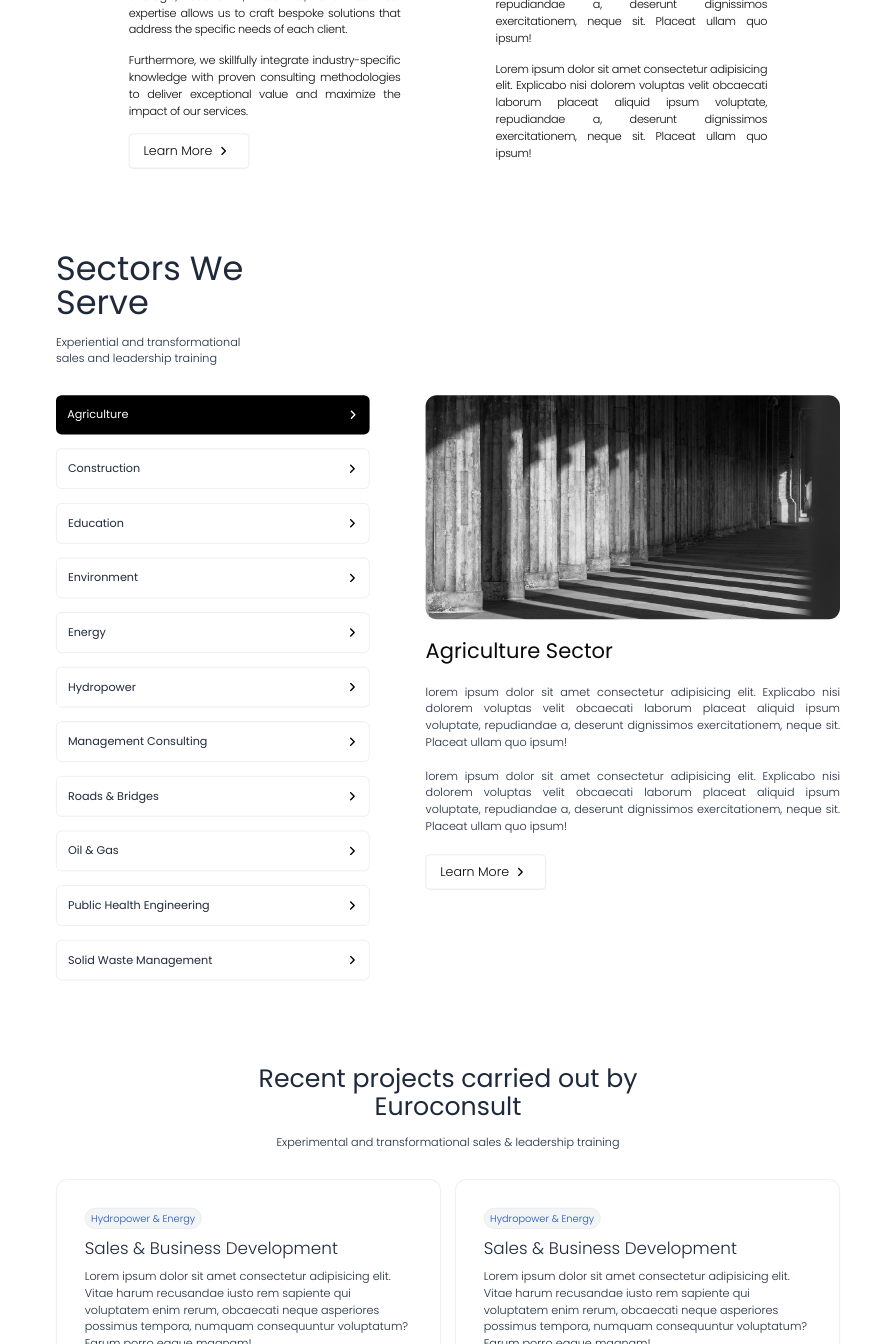
Repository: EMDC-24/ecglobalwebsite19
Page: /
These files come from the project's save history. The page is drawn as it stood at one moment and after a run of saves; the edit follows.
The browser window is 1280 px wide. The pictures show the part of the page from y = 1532 to 3452 px (the page is 4780 px tall before and 4838 px after), at 70% of full size.
The project was rebuilt for these pictures with package versions that can differ from the ones it lists, and the page was loaded fresh each time. The framework's server and built-in components were replaced by stand-ins that run in the browser. Also part of the build but not shown: next.config.mjs.

Above is the page before, as saved 2024-09-17 23:10:04.

### app/page.tsx
import Image from "next/image";
import Hero from "./Hero";
import ClientCarousel from "./ClientCarousel";
import { ServicesTabs } from "./ServicesTabs";
import SerTabs from "./SerTabs";
import AboutSection from "./AboutSection";
import RecentProjects from "./RecentProjects";
import PraiseSection from "./PraiseSection";
import Footer from "./Footer";
import Header from "./Header";


export default function Home() {
  return (
    <>
    <Header />
    <Hero />
    <ClientCarousel />
    <AboutSection />
    <SerTabs />
    <RecentProjects />
    <PraiseSection />
    <Footer />
    </>
  );
}

### app/globals.css
@tailwind base;
@tailwind components;
@tailwind utilities;

@layer base {
  :root {
    --background: 0 0% 100%;
    --foreground: 0 0% 3.9%;
    --card: 0 0% 100%;
    --card-foreground: 0 0% 3.9%;
    --popover: 0 0% 100%;
    --popover-foreground: 0 0% 3.9%;
    --primary: 0 0% 9%;
    --primary-foreground: 0 0% 98%;
    --secondary: 0 0% 96.1%;
    --secondary-foreground: 0 0% 9%;
    --muted: 0 0% 96.1%;
    --muted-foreground: 0 0% 45.1%;
    --accent: 0 0% 96.1%;
    --accent-foreground: 0 0% 9%;
    --destructive: 0 84.2% 60.2%;
    --destructive-foreground: 0 0% 98%;
    --border: 0 0% 89.8%;
    --input: 0 0% 89.8%;
    --ring: 0 0% 3.9%;
    --chart-1: 12 76% 61%;
    --chart-2: 173 58% 39%;
    --chart-3: 197 37% 24%;
    --chart-4: 43 74% 66%;
    --chart-5: 27 87% 67%;
    --radius: 0.5rem;
  }
  .dark {
    --background: 0 0% 3.9%;
    --foreground: 0 0% 98%;
    --card: 0 0% 3.9%;
    --card-foreground: 0 0% 98%;
    --popover: 0 0% 3.9%;
    --popover-foreground: 0 0% 98%;
    --primary: 0 0% 98%;
    --primary-foreground: 0 0% 9%;
    --secondary: 0 0% 14.9%;
    --secondary-foreground: 0 0% 98%;
    --muted: 0 0% 14.9%;
    --muted-foreground: 0 0% 63.9%;
    --accent: 0 0% 14.9%;
    --accent-foreground: 0 0% 98%;
    --destructive: 0 62.8% 30.6%;
    --destructive-foreground: 0 0% 98%;
    --border: 0 0% 14.9%;
    --input: 0 0% 14.9%;
    --ring: 0 0% 83.1%;
    --chart-1: 220 70% 50%;
    --chart-2: 160 60% 45%;
    --chart-3: 30 80% 55%;
    --chart-4: 280 65% 60%;
    --chart-5: 340 75% 55%;
  }
}

@font-face {
  font-family: 'Poppins';
  src: url('/fonts/Poppins-Black.ttf') format('truetype');
  font-weight: 900;
  font-style: normal;
}

@font-face {
  font-family: 'Poppins';
  src: url('/fonts/Poppins-BlackItalic.ttf') format('truetype');
  font-weight: 900;
  font-style: italic;
}

@font-face {
  font-family: 'Poppins';
  src: url('/fonts/Poppins-Bold.ttf') format('truetype');
  font-weight: 700;
  font-style: normal;
}

@font-face {
  font-family: 'Poppins';
  src: url('/fonts/Poppins-BoldItalic.ttf') format('truetype');
  font-weight: 700;
  font-style: italic;
}

@font-face {
  font-family: 'Poppins';
  src: url('/fonts/Poppins-Regular.ttf') format('truetype');
  font-weight: 400;
  font-style: normal;
}

@font-face {
  font-family: 'Poppins';
  src: url('/fonts/Poppins-Italic.ttf') format('truetype');
  font-weight: 400;
  font-style: italic;
}

@font-face {
  font-family: 'Poppins';
  src: url('/fonts/Poppins-Light.ttf') format('truetype');
  font-weight: 300;
  font-style: normal;
}

@font-face {
  font-family: 'Poppins';
  src: url('/fonts/Poppins-LightItalic.ttf') format('truetype');
  font-weight: 300;
  font-style: italic;
}

@font-face {
  font-family: 'Poppins';
  src: url('/fonts/Poppins-Medium.ttf') format('truetype');
  font-weight: 500;
  font-style: normal;
}

@font-face {
  font-family: 'Poppins';
  src: url('/fonts/Poppins-MediumItalic.ttf') format('truetype');
  font-weight: 500;
  font-style: italic;
}

@layer base {
  * {
    @apply border-border;
  }

  body {
    @apply bg-background text-foreground;
    font-family: 'Poppins', sans-serif !important;
  }
}
.no-visible-scrollbar {
  scrollbar-width: none;
  -ms-overflow-style: none;
  -webkit-overflow-scrolling: touch;
}

.no-visible-scrollbar::-webkit-scrollbar {
  display: none;
}

### app/Hero.tsx
import { Button } from '@/components/ui/button'
import React from 'react'
import { FaAngleRight } from "react-icons/fa6";

const Hero = () => {
  return (
    <div>
        <div className="bg-white px-10 flex flex-row my-10">
        <div className="md:w-1/2 flex flex-col items-start justify-normal py-10">
        <div className="bg-gray-100 border-[1px] border-gray-200 rounded-full px-2 py-1 text-sm text-gray-800">International Consultants</div>
        <h1 className="text-5xl text-gray-800 mt-3 font-light ">Empowering Excellence through Engineering & Consulting</h1>
        <p className="text-lg text-gray-700 mt-10 leading-snug tracking-tight text-justify mr-10 font-light">Euroconsult Pakistan is a global, state-of-the-art service provider organization actively engaged in water resources and energy, agriculture, infrastructure, environment, oil and gas, mass transit, light rail, motorways, highways, institutional capacity building, financial management, rural and urban development, and management. </p>
        <div className="mt-10 flex flex-row gap-3">
        <a href="#" >
        <Button className="px-5 py-6 text-lg font-light  hover:bg-blue-600">Get Started  <FaAngleRight className="mr-2 ml-2 h-4 w-4" /></Button>
        </a>
        <a href="#" >
        <Button variant="outline" className="px-5 py-6 text-lg font-light  hover:bg-gray-200">Contact Us<FaAngleRight className="mr-2 ml-2 h-4 w-4" /></Button>
        </a>
        </div>
        </div>
        <div className="md:w-1/2 flex flex-col gap-3">
        <div className="w-full h-[60%] rounded-2xl bg-cover bg-center" style={{ backgroundImage: `url('/assets/heroimage.jpg')` }}> </div>
        <div className="w-full h-[40%] rounded-2xl bg-cover bg-center" style={{ backgroundImage: `url('/assets/hero2.jpg')` }}> </div>
        </div>
        </div>
    </div>
  )
}

export default Hero

### app/ClientCarousel.tsx
import React from 'react';
import Marquee from 'react-fast-marquee';
import Image from 'next/image';

const ClientCarousel = () => {
  const logoSize = { height: 40 };
  const logoStyle = { margin: '0 25px' };

  const logos = [
    <Image src="/assets/adblogo.png" alt="" width={100} key="br" {...logoSize} />,
    <Image src="/assets/uniceflogo.png" alt="" width={100} key="br" {...logoSize} />,
    <Image src="/assets/ciscologo.png" alt="" width={100} key="br" {...logoSize} />,
    <Image src="/assets/kfwlogo.png" alt="" width={100} key="br" {...logoSize} />,
    <Image src="/assets/citilogo.png" alt="" width={100} key="br" {...logoSize} />,
    <Image src="/assets/usaidlogo.png" alt="" width={100} key="br" {...logoSize} />,
    <Image src="/assets/undplogo.png" alt="" width={100} key="br" {...logoSize} />,
    <Image src="/assets/unlogo.png" alt="" width={100} key="br" {...logoSize} />,
    <Image src="/assets/gtzlogo.png" alt="" width={100} key="br" {...logoSize} />,
    <Image src="/assets/dfidlogo.png" alt="" width={100} key="br" {...logoSize} />,
    <Image src="/assets/wblogo.png" alt="" width={100} key="br" {...logoSize} />,
  ];

  return (
    <div className="py-20 my-10">

      <div className="relative z-10">
        {/* Left gradient */}
      <div className="absolute left-0 top-0 bottom-0 w-1/4 bg-gradient-to-r from-white to-transparent via-transparent z-20 pointer-events-none"
           style={{ backgroundImage: 'linear-gradient(to right, white 30%, transparent 70%)' }}>
      </div>

      {/* Right gradient */}
      <div className="absolute right-0 top-0 bottom-0 w-1/4 bg-gradient-to-l from-white to-transparent via-transparent z-20 pointer-events-none"
           style={{ backgroundImage: 'linear-gradient(to left, white 30%, transparent 70%)' }}>
      </div>
    <div className="overflow-hidden ">
      <Marquee gradient={false} pauseOnHover={false} speed={50}>
        {logos.map((logo, index) => (
          <div key={index} style={logoStyle}>
            {logo}
          </div>
        ))}
        {logos.map((logo, index) => (
          <div key={`repeat-${index}`} style={logoStyle}>
            {logo}
          </div>
        ))}
        {logos.map((logo, index) => (
          <div key={`repeat2-${index}`} style={logoStyle}>
            {logo}
          </div>
        ))}
      </Marquee>
    </div>
    </div>

    </div>
  );
};

export default ClientCarousel;

### app/AboutSection.tsx
import { Button } from '@/components/ui/button'
import React from 'react'
import { FaAngleRight } from "react-icons/fa6";
const AboutSection = () => {
  return (
    <div className="px-10 flex flex-col items-center justify-center">
        <div className="my-10 gap-5 flex flex-col">
            <h3 className="text-[40px] tracking-tight leading-snug font-medium text-slate-800 px-64 text-center">Comprehensive Engineering & Consulting Solutions Tailored to Your Needs</h3>
            <p className="px-64 text-center font-light text-slate-800">Euroconsult has established itself as a leading independent global consulting group, serving both public and private stakeholders across a comprehensive business ecosystem. </p>
        </div>
        <div className="flex flex-row gap-10 px-24 mt-10">
            <div className="w-1/2 flex gap-5 flex-col px-12">
                <h3 className="text-3xl">Your trusted partner for Sustainable Growth</h3>
                <p className="tracking-tight font-light text-justify">With a proven track record of delivering success on hundreds of mandates, we leverage our international reach and the diverse backgrounds of our team members. This unique combination of strategic, economic, industrial, and technical expertise allows us to craft bespoke solutions that address the specific needs of each client. </p>
                <p className="tracking-tight font-light text-justify">Furthermore, we skillfully integrate industry-specific knowledge with proven consulting methodologies to deliver exceptional value and maximize the impact of our services.</p>
                <a href="/about" >
            <Button variant="outline" className="px-5 py-6 text-lg font-light  hover:bg-gray-200">Learn More<FaAngleRight className="mr-2 ml-2 h-4 w-4" /></Button>
            </a>
            </div>
            <div className="w-1/2 flex gap-5 flex-col px-12">
                <h3 className="text-3xl">We offer expert support at every phase of your project.</h3>
                <p className="tracking-tight font-light text-justify"> Lorem ipsum dolor sit amet consectetur adipisicing elit. Explicabo nisi dolorem voluptas velit obcaecati laborum placeat aliquid ipsum voluptate, repudiandae a, deserunt dignissimos exercitationem, neque sit. Placeat ullam quo ipsum!</p>
                <p className="tracking-tight font-light text-justify"> Lorem ipsum dolor sit amet consectetur adipisicing elit. Explicabo nisi dolorem voluptas velit obcaecati laborum placeat aliquid ipsum voluptate, repudiandae a, deserunt dignissimos exercitationem, neque sit. Placeat ullam quo ipsum!</p>
            </div>
        </div>
    </div>
  )
}

export default AboutSection

### app/PraiseSection.tsx

import { Button } from '@/components/ui/button'
import React from 'react'
import { FaAngleRight } from "react-icons/fa6";

const PraiseSection = () => {
  return (
    <div className="mx-20 flex flex-row gap-10 my-20 items-center justify-center">
    <div className="w-2/3 flex flex-col gap-3 mr-36">
        <h3 className="text-3xl font-medium text-slate-800">Proving Excellence through Engineering & Consulting</h3>
        <p className="font-light text-slate-800 text-justify">Euroconsult is one of the leading consulting firms in Pakistan having international operations. It houses highly qualified and experienced professionals with state of the art organisational setup and provides services in Engineering, Construction, Financial, Water, and Socio-economic Sector.</p>
        <div className="w-auto mt-3"><a href="/contact"><Button className="px-5 py-6 text-lg font-light  hover:bg-blue-600" >Get in Touch  <FaAngleRight className="mr-2 ml-2 h-4 w-4" /></Button></a></div>
    </div>
    <div className="w-1/3 flex flex-col gap-10 items-start">
    <div className="flex flex-row gap-20 items-start justify-center">
        <div>
        <h3 className="text-5xl font-medium text-slate-800">250+</h3>
        <p className="font-light text-slate-800">Projects Completed</p>
        </div>
        <div>
        <h3 className="text-5xl font-medium text-slate-800">230</h3>
        <p className="font-light text-slate-800">Employees</p>
        </div>
    </div>
    <div className="flex flex-row gap-20 items-start justify-center">
        <div>
        <h3 className="text-5xl font-medium text-slate-800">24+</h3>
        <p className="font-light text-slate-800">Years of Experience</p>
        </div>
        <div>
        <h3 className="text-5xl font-medium text-slate-800">+56</h3>
        <p className="font-light text-slate-800">Satisfied Clients</p>
        </div>
    </div>

    </div>
    </div>
  )
}

export default PraiseSection

### app/Footer.tsx
import { Separator } from '@/components/ui/separator'
import React from 'react'
import Image from 'next/image'

const Footer = () => {
  return (
    <div className="mx-10 flex flex-col gap-3 mt-40">
        <Separator />
        <div className="flex flex-col md:flex-row my-5">
            <div className="w-1/2">
                <h5 className="text-3xl font-medium text-slate-800 mx-10">Empowering Excellence in Workforce Development & Strategic Consulting, Your Partner for Success</h5>
            </div>
            <div className="w-1/2 flex flex-row gap-0">
                <div className="w-1/3 flex flex-col gap-2 ">
                <p className="text-slate-800 ">Navigation</p>
                <a href="/" className="text-slate-800 font-light">Home</a>
                <a href="/" className="text-slate-800 font-light">About</a>
                <a href="/" className="text-slate-800 font-light">Sectors</a>
                <a href="/" className="text-slate-800 font-light">Recent Projects</a>
                <a href="/" className="text-slate-800 font-light">Contact</a>
                </div>
                <div className="w-2/3 flex flex-row gap-0 ">
                <div className="w-1/2 flex flex-col gap-2">
                <p className="text-slate-800 ">Sectors</p>
                <a href="/" className="text-slate-800 font-light">Agriculture</a>
                <a href="/" className="text-slate-800 font-light">Construction</a>
                <a href="/" className="text-slate-800 font-light">Education</a>
                <a href="/" className="text-slate-800 font-light">Environment</a>
                <a href="/" className="text-slate-800 font-light">Energy</a>
                <a href="/" className="text-slate-800 font-light">Hydropower</a>
                </div>
                <div className="w-1/2 flex flex-col gap-2">
                <p className="text-slate-800 "><br></br></p>
                <a href="/" className="text-slate-800 font-light">Management Consulting</a>
                <a href="/" className="text-slate-800 font-light">Roads & Bridges</a>
                <a href="/" className="text-slate-800 font-light">Oil & Gas</a>
                <a href="/" className="text-slate-800 font-light">Public Health</a>
                <a href="/" className="text-slate-800 font-light">Solid Waste Management</a>
                </div>
                </div>


            </div>

        </div>
        <Separator />
        <div className="flex flex-col md:flex-row items-center">
            <div className="w-2/3 px-10"><Image src="/assets/ecpaklogo.png" width={200} height={1} alt="" /></div>
            <div className="w-1/3 flex flex-row gap-5">
            <p>Terms of Use</p>
            <p>Privacy Policy</p>
            <p>Cookie Settings</p>
            </div>
        </div>
        <Separator />
        <div className="mx-10 mb-3 flex flex-row items-center justify-between">
            <p className="text-sm font-light text-slate-800">©2024 Euroconsult Private Limited. </p>
            <p className="text-sm font-light text-slate-800">All rights reserved. </p>
        </div>
    </div>
  )
}

export default Footer

### app/Header.tsx
import React from 'react'

const Header = () => {
  return (
    <div className="mx-10">Header</div>
  )
}

export default Header

### components/ui/button.tsx
import * as React from "react"
import { Slot } from "@radix-ui/react-slot"
import { cva, type VariantProps } from "class-variance-authority"

import { cn } from "@/lib/utils"

const buttonVariants = cva(
  "inline-flex items-center justify-center whitespace-nowrap rounded-md text-sm font-medium transition-colors focus-visible:outline-none focus-visible:ring-1 focus-visible:ring-ring disabled:pointer-events-none disabled:opacity-50",
  {
    variants: {
      variant: {
        default:
          "bg-primary text-primary-foreground shadow hover:bg-primary/90",
        destructive:
          "bg-destructive text-destructive-foreground shadow-sm hover:bg-destructive/90",
        outline:
          "border border-input bg-background shadow-sm hover:bg-accent hover:text-accent-foreground",
        secondary:
          "bg-secondary text-secondary-foreground shadow-sm hover:bg-secondary/80",
        ghost: "hover:bg-accent hover:text-accent-foreground",
        link: "text-primary underline-offset-4 hover:underline",
      },
      size: {
        default: "h-9 px-4 py-2",
        sm: "h-8 rounded-md px-3 text-xs",
        lg: "h-10 rounded-md px-8",
        icon: "h-9 w-9",
      },
    },
    defaultVariants: {
      variant: "default",
      size: "default",
    },
  }
)

export interface ButtonProps
  extends React.ButtonHTMLAttributes<HTMLButtonElement>,
    VariantProps<typeof buttonVariants> {
  asChild?: boolean
}

const Button = React.forwardRef<HTMLButtonElement, ButtonProps>(
  ({ className, variant, size, asChild = false, ...props }, ref) => {
    const Comp = asChild ? Slot : "button"
    return (
      <Comp
        className={cn(buttonVariants({ variant, size, className }))}
        ref={ref}
        {...props}
      />
    )
  }
)
Button.displayName = "Button"

export { Button, buttonVariants }

### components/ui/separator.tsx
"use client"

import * as React from "react"
import * as SeparatorPrimitive from "@radix-ui/react-separator"

import { cn } from "@/lib/utils"

const Separator = React.forwardRef<
  React.ElementRef<typeof SeparatorPrimitive.Root>,
  React.ComponentPropsWithoutRef<typeof SeparatorPrimitive.Root>
>(
  (
    { className, orientation = "horizontal", decorative = true, ...props },
    ref
  ) => (
    <SeparatorPrimitive.Root
      ref={ref}
      decorative={decorative}
      orientation={orientation}
      className={cn(
        "shrink-0 bg-border",
        orientation === "horizontal" ? "h-[1px] w-full" : "h-full w-[1px]",
        className
      )}
      {...props}
    />
  )
)
Separator.displayName = SeparatorPrimitive.Root.displayName

export { Separator }

### tailwind.config.ts
import type { Config } from "tailwindcss";

const config: Config = {
  darkMode: ["class"],
  content: [
    "./pages/**/*.{js,ts,jsx,tsx,mdx}",
    "./components/**/*.{js,ts,jsx,tsx,mdx}",
    "./app/**/*.{js,ts,jsx,tsx,mdx}",
  ],
  theme: {
    extend: {
      fontFamily: {
        sans: ['Poppins', 'sans-serif'], // Set Poppins as default sans font
      },
      backgroundImage: {
        'gradient-radial': 'radial-gradient(var(--tw-gradient-stops))',
        'gradient-conic': 'conic-gradient(from 180deg at 50% 50%, var(--tw-gradient-stops))',
      },
      borderRadius: {
        lg: 'var(--radius)',
        md: 'calc(var(--radius) - 2px)',
        sm: 'calc(var(--radius) - 4px)',
      },
      colors: {
        background: 'hsl(var(--background))',
        foreground: 'hsl(var(--foreground))',
        card: {
          DEFAULT: 'hsl(var(--card))',
          foreground: 'hsl(var(--card-foreground))',
        },
        popover: {
          DEFAULT: 'hsl(var(--popover))',
          foreground: 'hsl(var(--popover-foreground))',
        },
        primary: {
          DEFAULT: 'hsl(var(--primary))',
          foreground: 'hsl(var(--primary-foreground))',
        },
        secondary: {
          DEFAULT: 'hsl(var(--secondary))',
          foreground: 'hsl(var(--secondary-foreground))',
        },
        muted: {
          DEFAULT: 'hsl(var(--muted))',
          foreground: 'hsl(var(--muted-foreground))',
        },
        accent: {
          DEFAULT: 'hsl(var(--accent))',
          foreground: 'hsl(var(--accent-foreground))',
        },
        destructive: {
          DEFAULT: 'hsl(var(--destructive))',
          foreground: 'hsl(var(--destructive-foreground))',
        },
        border: 'hsl(var(--border))',
        input: 'hsl(var(--input))',
        ring: 'hsl(var(--ring))',
        chart: {
          '1': 'hsl(var(--chart-1))',
          '2': 'hsl(var(--chart-2))',
          '3': 'hsl(var(--chart-3))',
          '4': 'hsl(var(--chart-4))',
          '5': 'hsl(var(--chart-5))',
        },
      },
    },
  },
  plugins: [require("tailwindcss-animate")],
};

export default config;

Loaded but not shown: app/layout.tsx (common file); lib/utils.ts (common file); app/SerTabs.tsx (180 lines, source omitted); app/RecentProjects.tsx (43 lines, source omitted)

After the next 2 saves:
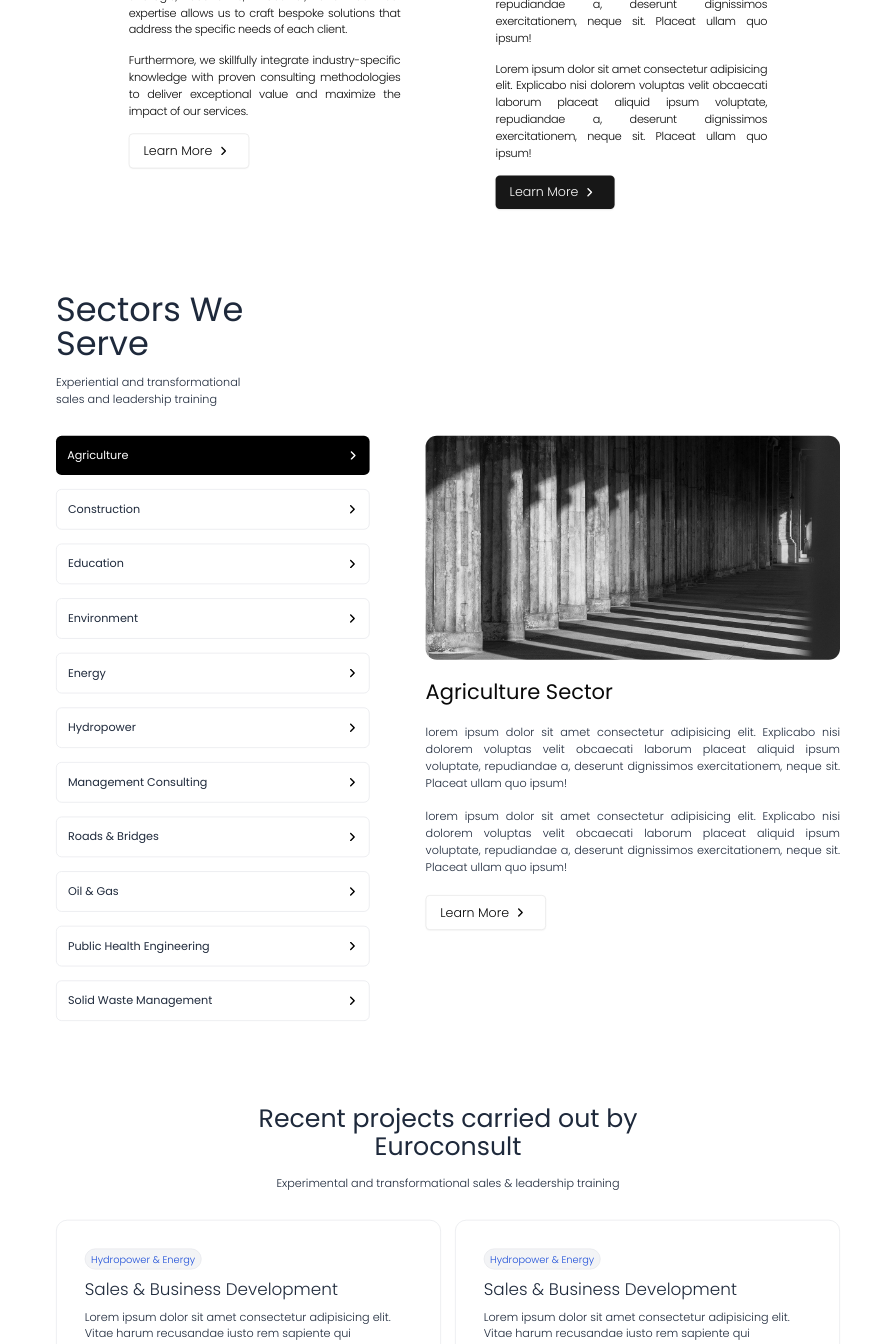
The 2 saves are shown as one change because they came seconds apart.
The last was saved 30 s later.
--- a/app/AboutSection.tsx
+++ b/app/AboutSection.tsx
@@ -21,6 +21,9 @@
                 <h3 className="text-3xl">We offer expert support at every phase of your project.</h3>
                 <p className="tracking-tight font-light text-justify"> Lorem ipsum dolor sit amet consectetur adipisicing elit. Explicabo nisi dolorem voluptas velit obcaecati laborum placeat aliquid ipsum voluptate, repudiandae a, deserunt dignissimos exercitationem, neque sit. Placeat ullam quo ipsum!</p>
                 <p className="tracking-tight font-light text-justify"> Lorem ipsum dolor sit amet consectetur adipisicing elit. Explicabo nisi dolorem voluptas velit obcaecati laborum placeat aliquid ipsum voluptate, repudiandae a, deserunt dignissimos exercitationem, neque sit. Placeat ullam quo ipsum!</p>
+                <a href="/about" >
+            <Button  className="px-5 py-6 text-lg font-light  hover:bg-gray-200">Learn More<FaAngleRight className="mr-2 ml-2 h-4 w-4" /></Button>
+            </a>
             </div>
         </div>
     </div>
